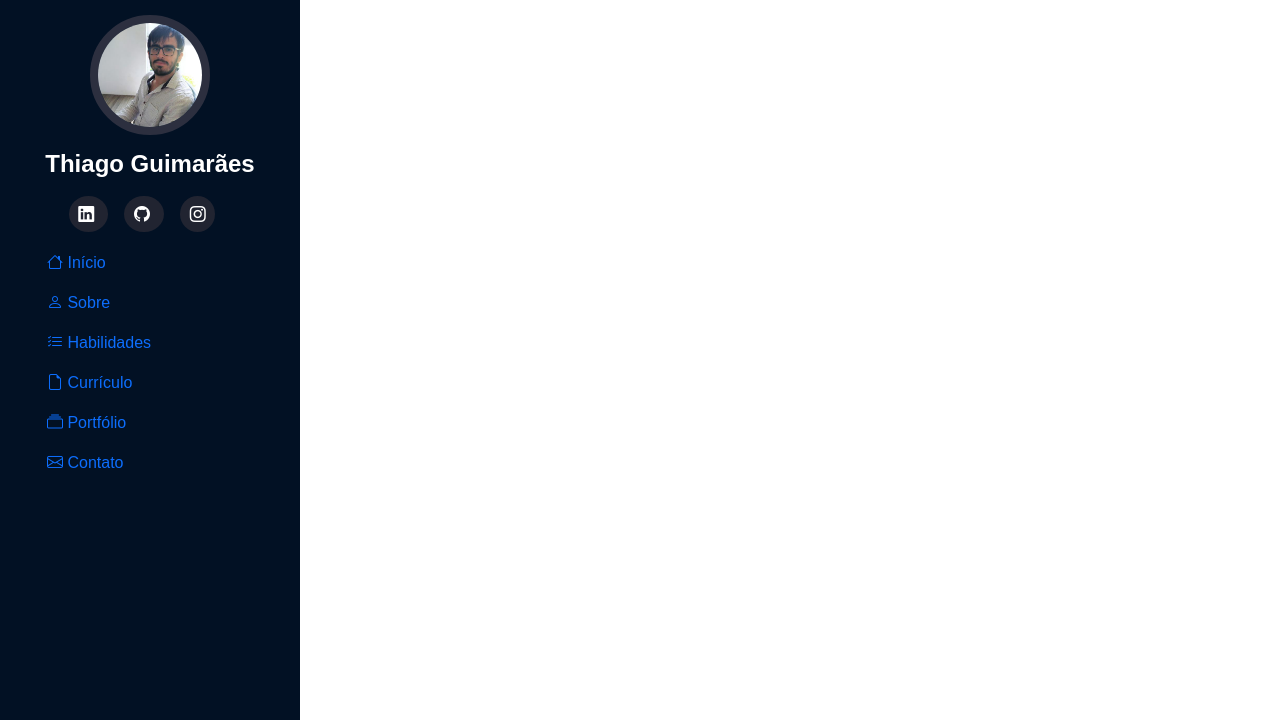
Repository: Rayago/projeto-portfolio
Page: http://localhost/
The author's editor kept a copy of each file at every save. The page is drawn from the files as they stood at one save, then again after the next save.
The browser window is 1280 px wide. The pictures show the whole page.
Some web fonts or font styles are not loaded; a fallback is used. The page is served by the project's application, run on Flask 3 (app.py).

Above is the page before, as saved 2022-07-11 23:22:05.

After the next save:
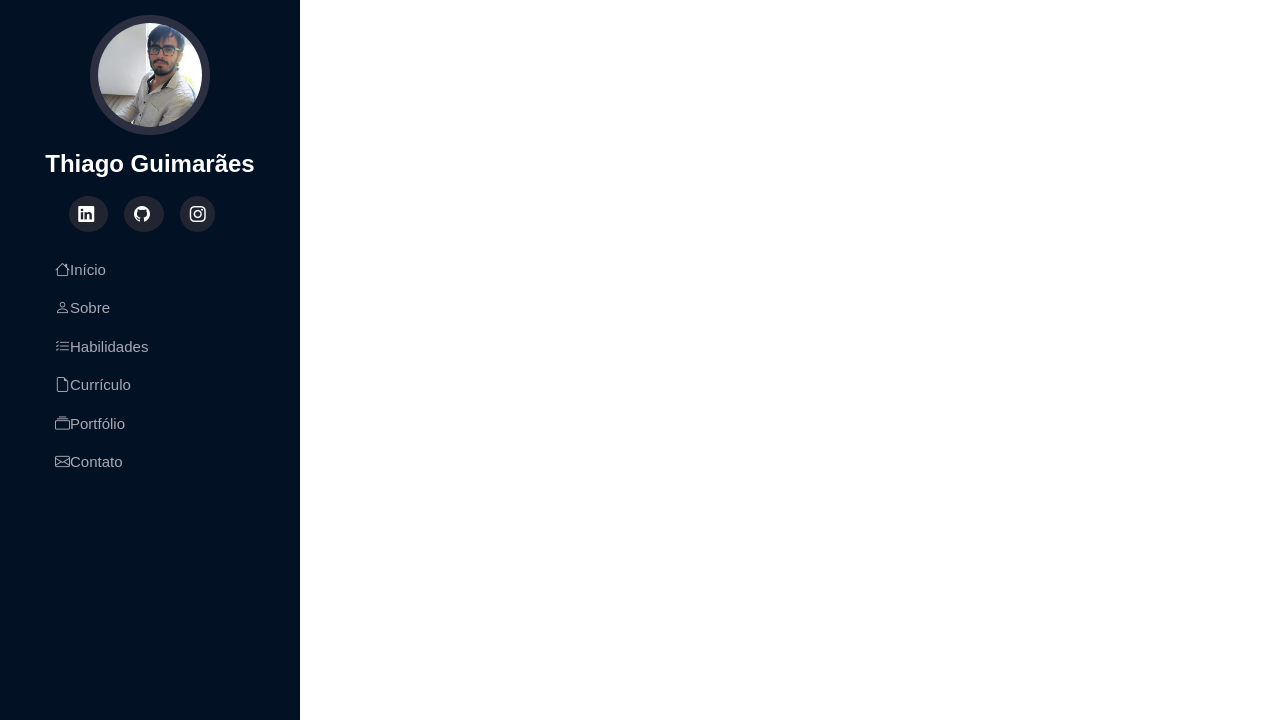
Saved 57 s later.
--- a/static/style.css
+++ b/static/style.css
@@ -52,5 +52,14 @@ html, body {
 }
 
 .nav-menu {
-    padding: 1rem;
+    padding: 1.5rem;
 }
+
+.nav-menu a,
+.nav-menu a:focus {
+    display: flex;
+    align-items: center;
+    color: #a8a9b4;
+    transition: 0.3s;
+    font-size: 15px;
+}
